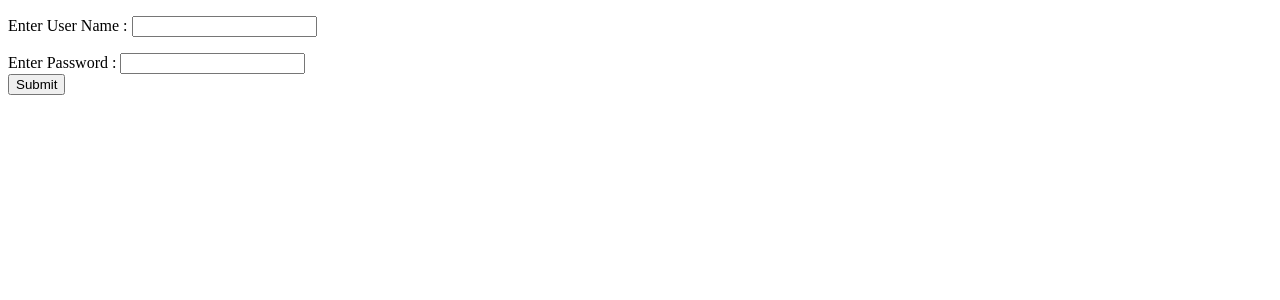
Repository: gunac/DbmsProject
Page: http://localhost/CarRental/login.jsp
An editor plug-in stored every save of this project. The page is shown before and after the next save, followed by the edit.
The browser window is 1280 px wide. The pictures show the whole page.
The page is served by Tomcat 9. Other server files are loaded and not shown.

Above is the page before, as saved 2014-11-30 00:29:35.

### CarRental/WebContent/login.jsp
<%@ page language="java" contentType="text/html; charset=ISO-8859-1"
    pageEncoding="ISO-8859-1"%>
<!DOCTYPE html PUBLIC "-//W3C//DTD HTML 4.01 Transitional//EN" "http://www.w3.org/TR/html4/loose.dtd">
<html>
<head>
<meta http-equiv="Content-Type" content="text/html; charset=ISO-8859-1">
<title>Login</title>
</head>
<body>
<form name="loginform" action="login" method="post">
<table border="0">
<tbody>
<tr>
<p> Enter User Name : <input type="text" name="txtusername"><br>
</tr>
Enter Password : <input type="password" name="txtpassword"><br>
<input type="submit">
</p>
</tbody>
</table>

</form>
</body>
</html>

After the next save:
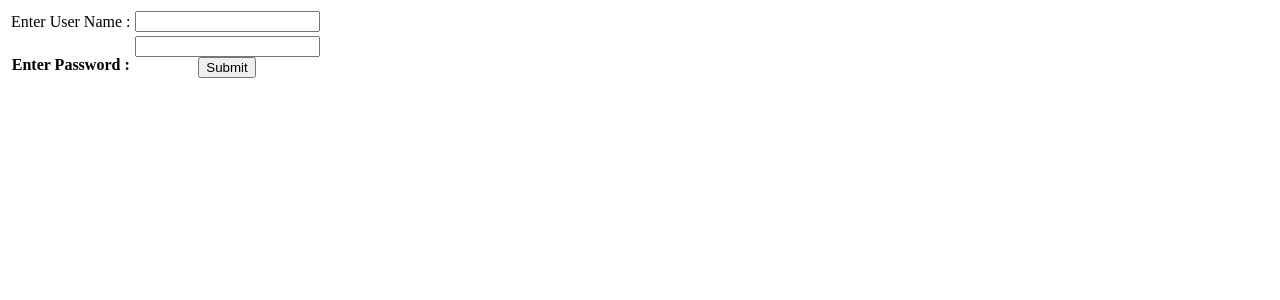
Saved 70 s later.
--- a/CarRental/WebContent/login.jsp
+++ b/CarRental/WebContent/login.jsp
@@ -11,9 +11,12 @@
 <table border="0">
 <tbody>
 <tr>
-<p> Enter User Name : <input type="text" name="txtusername"><br>
+<td> Enter User Name :</td>
+<td> <input type="text" name="txtusername"></td>
 </tr>
-Enter Password : <input type="password" name="txtpassword"><br>
+<tr>
+<th>
+Enter Password : <th> <input type="password" name="txtpassword"><br>
 <input type="submit">
 </p>
 </tbody>
